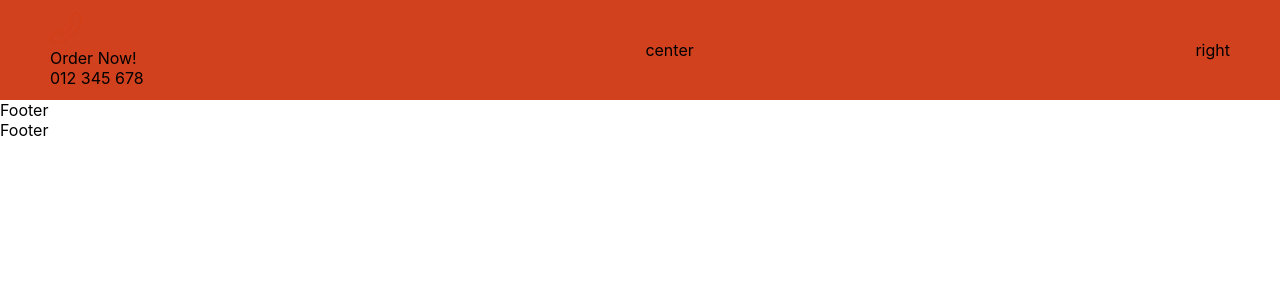
Repository: exiled-kal/RestuarantNextJS
Page: /components/Layout
These files come from the project's save history. The page is drawn as it stood at one moment and after the next save; the edit follows.
The browser window is 1280 px wide. The pictures show the whole page.
The project was rebuilt for these pictures with package versions that can differ from the ones it lists, and the page was loaded fresh each time. The framework's server and built-in components were replaced by stand-ins that run in the browser. Also part of the build but not shown: next.config.js.

Above is the page before, as saved 2021-12-13 21:22:15.

### pages/components/Footer.jsx
const Footer = () => {
    return (
        <div>
            Footer
        </div>
    )
}

export default Footer

### pages/components/Navbar.jsx
const Navbar = () => {
    return (
        <div>

        </div>
    )
}

export default Navbar

### components/Footer.jsx
const Footer = () => {
    return (
        <div>
            Footer
        </div>
    )
}

export default Footer

### components/Navbar.jsx
import Image from "next/image";
import styles from "../styles/Navbar.module.css";

const Navbar = () => {
  return (
    <div className={styles.container}>
      <div className={styles.item}>
        <div className={styles.callButton}>
          <Image src="/img/telephone.png" alt="" width="32" height="32" />
        </div>
        <div className={styles.texts}>
          <div className={styles.text}>Order Now!</div>
          <div className={styles.text}>012 345 678</div>
        </div>
      </div>

      <div className={styles.item}>center</div>
      <div className={styles.item}>right</div>
    </div>
  );
};

export default Navbar;

### styles/Navbar.module.css
.container {
  height: 100px;
  padding: 0px 50px;
  background-color: #d1411e;
  display: flex;
  align-items: center;
  justify-content: space-between;
  position: sticky;
  top: 0px;
}

Loaded but not shown: pages/_app.js (common file); pages/components/Layout.js (common file); components/Layout.js (common file); styles/globals.css (common file)

After the next save:
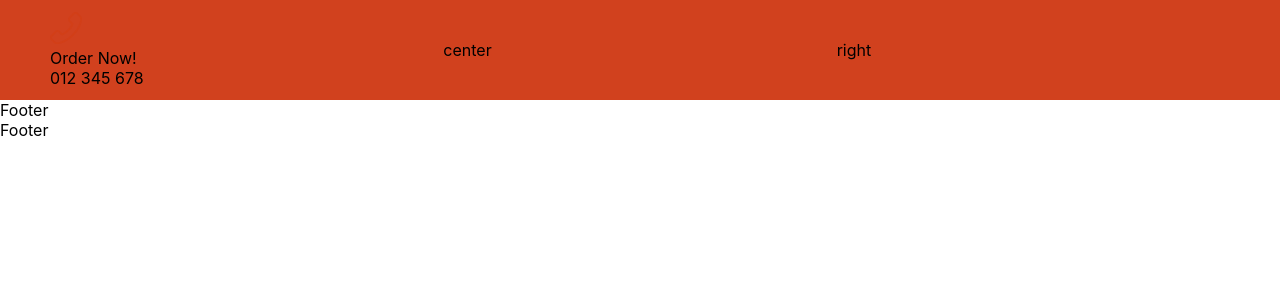
Saved 15 h 20 min later.
--- a/styles/Navbar.module.css
+++ b/styles/Navbar.module.css
@@ -8,3 +8,9 @@
   position: sticky;
   top: 0px;
 }
+
+.item {
+  flex:1;
+}
+
+.items:nth-child(22)
